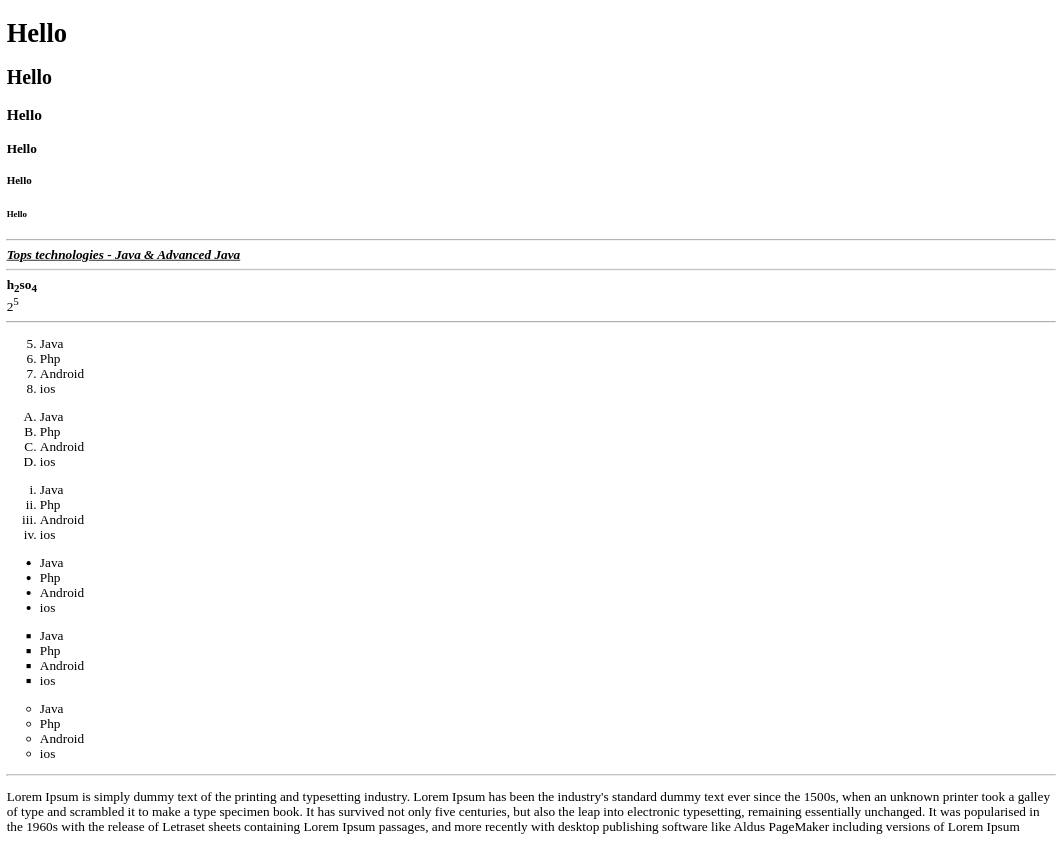
Repository: Chintan-elite/Java_Shail
Page: Learning_web/src/main/webapp/index.html
The author's editor kept a copy of each file at every save. The page is drawn from the files as they stood at one save, then again after the next save.
The browser window is 1280 px wide. The pictures show the whole page, at 83% of full size.
Pictures or frames that could not be fetched are drawn as grey boxes.

Above is the page before, as saved 2023-09-08 12:07:56.

### Learning_web/src/main/webapp/index.html
<!DOCTYPE html>
<html>
<head>
<meta charset="ISO-8859-1">
<title>Home</title>
</head>
<body>

	<h1>Hello</h1>
	<h2>Hello</h2>
	<h3>Hello</h3>
	<h4>Hello</h4>
	<h5>Hello</h5>
	<h6>Hello</h6>

	<hr>

	<strong><i><u>Tops technologies - Java & Advanced Java</u> </i></strong>

	<hr>

	<b> h<sub>2</sub>so<sub>4</sub></b> <br>
	2<sup>5</sup>

	<hr>

	<ol start="5">
	<li>Java</li>
	<li>Php</li>
	<li>Android</li>
	<li>ios</li>
	</ol>

	<ol type="A">
	<li>Java</li>
	<li>Php</li>
	<li>Android</li>
	<li>ios</li>
	</ol>

	<ol type="i">
	<li>Java</li>
	<li>Php</li>
	<li>Android</li>
	<li>ios</li>
	</ol>

	<ul>
	<li>Java</li>
	<li>Php</li>
	<li>Android</li>
	<li>ios</li>
	</ul>

	<ul type="square">
	<li>Java</li>
	<li>Php</li>
	<li>Android</li>
	<li>ios</li>
	</ul>

	<ul type="circle">
	<li>Java</li>
	<li>Php</li>
	<li>Android</li>
	<li>ios</li>
	</ul>

	<hr>

	<p>Lorem Ipsum is simply dummy text of the printing and typesetting industry. Lorem Ipsum has been the industry's standard dummy text ever since the 1500s, when an unknown printer took a galley of type and scrambled it to make a type specimen book. It has survived not only five centuries, but also the leap into electronic typesetting, remaining essentially unchanged. It was popularised in the 1960s with the release of Letraset sheets containing Lorem Ipsum passages, and more recently with desktop publishing software like Aldus PageMaker including versions of Lorem Ipsum</p>



</body>
</html>

After the next save:
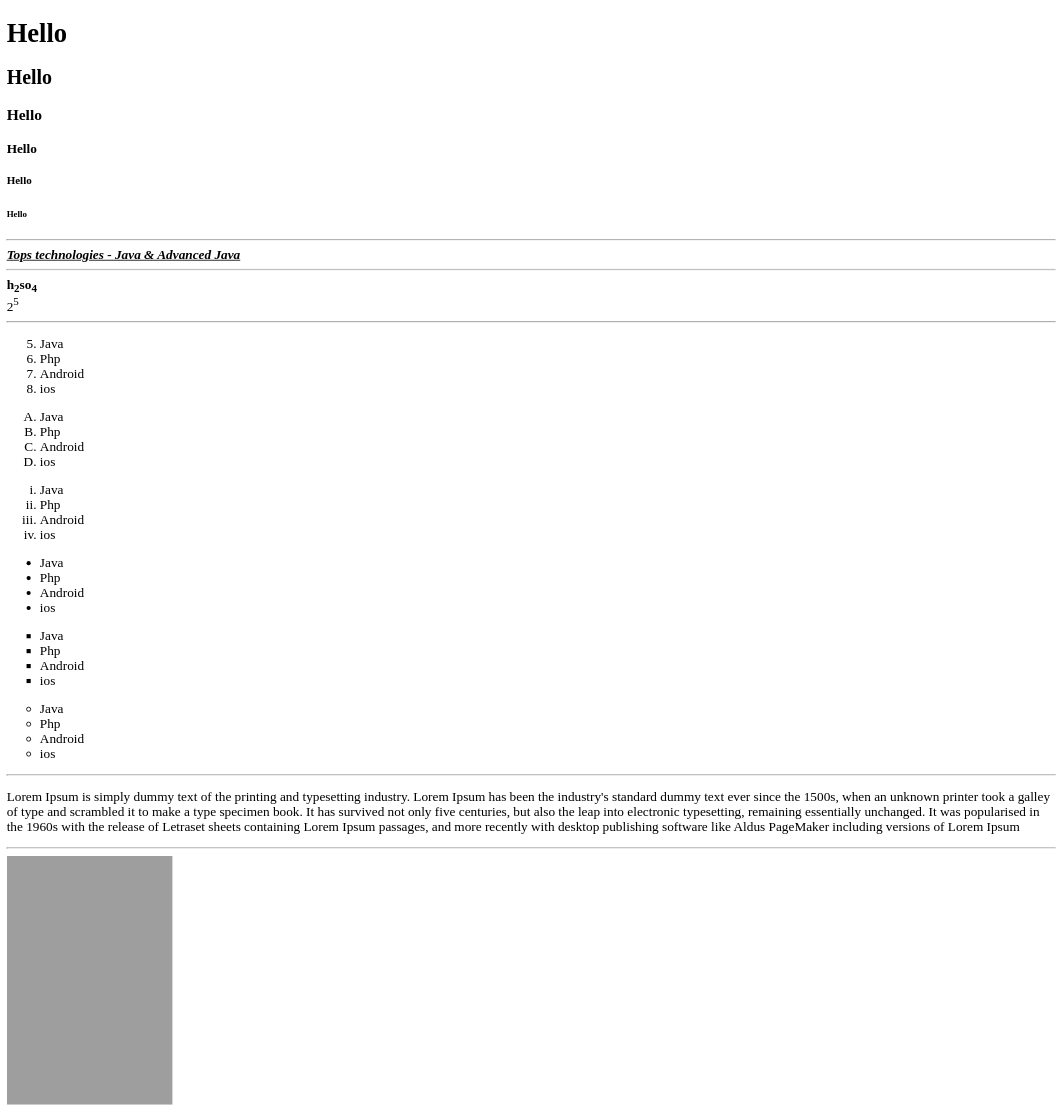
Saved 95 s later.
--- a/Learning_web/src/main/webapp/index.html
+++ b/Learning_web/src/main/webapp/index.html
@@ -70,6 +70,11 @@
 
 	<p>Lorem Ipsum is simply dummy text of the printing and typesetting industry. Lorem Ipsum has been the industry's standard dummy text ever since the 1500s, when an unknown printer took a galley of type and scrambled it to make a type specimen book. It has survived not only five centuries, but also the leap into electronic typesetting, remaining essentially unchanged. It was popularised in the 1960s with the release of Letraset sheets containing Lorem Ipsum passages, and more recently with desktop publishing software like Aldus PageMaker including versions of Lorem Ipsum</p>
 
+	<hr>
+
+	<img alt="" src="https://picsum.photos/200/300">
+
+
 
 
 </body>
